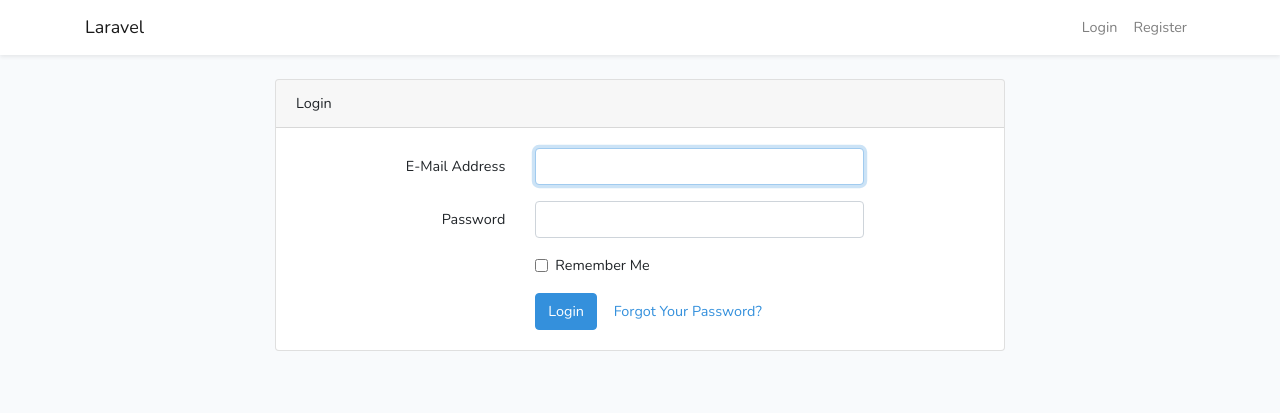
Repository: lazaarIssam/Smart-Bell-Web-Project
Page: http://localhost/login
These files come from the project's save history. The page is drawn as it stood at one moment and after a run of saves; the edit follows.
The browser window is 1280 px wide. The pictures show the whole page.
The page is served by the project's Laravel application, run on PHP 8.4 with Laravel 8. Other server files are loaded and not shown.

Above is the page before, as saved 2020-03-05 01:31:04.

### routes/web.php
<?php

use Illuminate\Support\Facades\Route;

/*
|--------------------------------------------------------------------------
| Web Routes
|--------------------------------------------------------------------------
|
| Here is where you can register web routes for your application. These
| routes are loaded by the RouteServiceProvider within a group which
| contains the "web" middleware group. Now create something great!
|
*/

Route::get('/', function () {
    return view('welcome');
});

Auth::routes();

Route::get('/home', 'HomeController@index')->name('home');


Route::get('/information', 'InformationController@listInfo');

### resources/views/layouts/app.blade.php
<!doctype html>
<html lang="{{ str_replace('_', '-', app()->getLocale()) }}">
<head>
    <meta charset="utf-8">
    <meta name="viewport" content="width=device-width, initial-scale=1">

    <!-- CSRF Token -->
    <meta name="csrf-token" content="{{ csrf_token() }}">

    <title>{{ config('app.name', 'Laravel') }}</title>

    <!-- Scripts -->
    <script src="{{ asset('js/app.js') }}" defer></script>

    <!-- Fonts -->
    <link rel="dns-prefetch" href="//fonts.gstatic.com">
    <link href="https://fonts.googleapis.com/css?family=Nunito" rel="stylesheet">

    <!-- Styles -->
    <link href="{{ asset('/css/app.css') }}" rel="stylesheet">
</head>
<body>
    <div id="app">
        <nav class="navbar navbar-expand-md navbar-light bg-white shadow-sm">
            <div class="container">
                <a class="navbar-brand" href="{{ url('/') }}">
                    {{ config('app.name', 'Laravel') }}
                </a>
                <button class="navbar-toggler" type="button" data-toggle="collapse" data-target="#navbarSupportedContent" aria-controls="navbarSupportedContent" aria-expanded="false" aria-label="{{ __('Toggle navigation') }}">
                    <span class="navbar-toggler-icon"></span>
                </button>

                <div class="collapse navbar-collapse" id="navbarSupportedContent">
                    <!-- Left Side Of Navbar -->
                    <ul class="navbar-nav mr-auto">

                    </ul>

                    <!-- Right Side Of Navbar -->
                    <ul class="navbar-nav ml-auto">
                        <!-- Authentication Links -->
                        @guest
                            <li class="nav-item">
                                <a class="nav-link" href="{{ route('login') }}">{{ __('Login') }}</a>
                            </li>
                            @if (Route::has('register'))
                                <li class="nav-item">
                                    <a class="nav-link" href="{{ route('register') }}">{{ __('Register') }}</a>
                                </li>
                            @endif
                        @else
                            <li class="nav-item dropdown">
                                <a id="navbarDropdown" class="nav-link dropdown-toggle" href="#" role="button" data-toggle="dropdown" aria-haspopup="true" aria-expanded="false" v-pre>
                                    {{ Auth::user()->name }} <span class="caret"></span>
                                </a>

                                <div class="dropdown-menu dropdown-menu-right" aria-labelledby="navbarDropdown">
                                    <a class="dropdown-item" href="{{ route('logout') }}"
                                       onclick="event.preventDefault();
                                                     document.getElementById('logout-form').submit();">
                                        {{ __('Logout') }}
                                    </a>

                                    <form id="logout-form" action="{{ route('logout') }}" method="POST" style="display: none;">
                                        @csrf
                                    </form>
                                </div>
                            </li>
                        @endguest
                    </ul>
                </div>
            </div>
        </nav>

        <main class="py-4">
            @yield('content')
        </main>
    </div>
</body>
</html>

Loaded but not shown: app/Http/Controllers/Auth/LoginController.php (common file); app/Http/Controllers/Controller.php (common file); app/Http/Controllers/Auth/ConfirmPasswordController.php (common file); resources/views/auth/login.blade.php (common file); public/css/app.css (library)

After the next 2 saves:
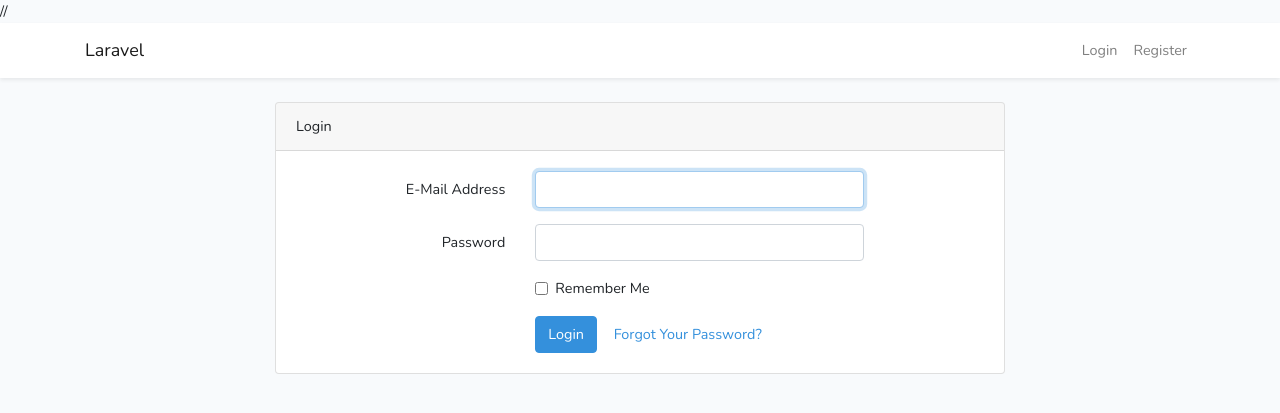
The 2 saves are shown as one change because they came seconds apart.
The last was saved 74 s later.
--- a/resources/views/layouts/app.blade.php
+++ b/resources/views/layouts/app.blade.php
@@ -17,7 +17,8 @@
     <link href="https://fonts.googleapis.com/css?family=Nunito" rel="stylesheet">
 
     <!-- Styles -->
-    <link href="{{ asset('/css/app.css') }}" rel="stylesheet">
+    //<link href="{{ asset('css/app.css') }}" rel="stylesheet">
+    <link href="/css/app.css" rel="stylesheet">
 </head>
 <body>
     <div id="app">
